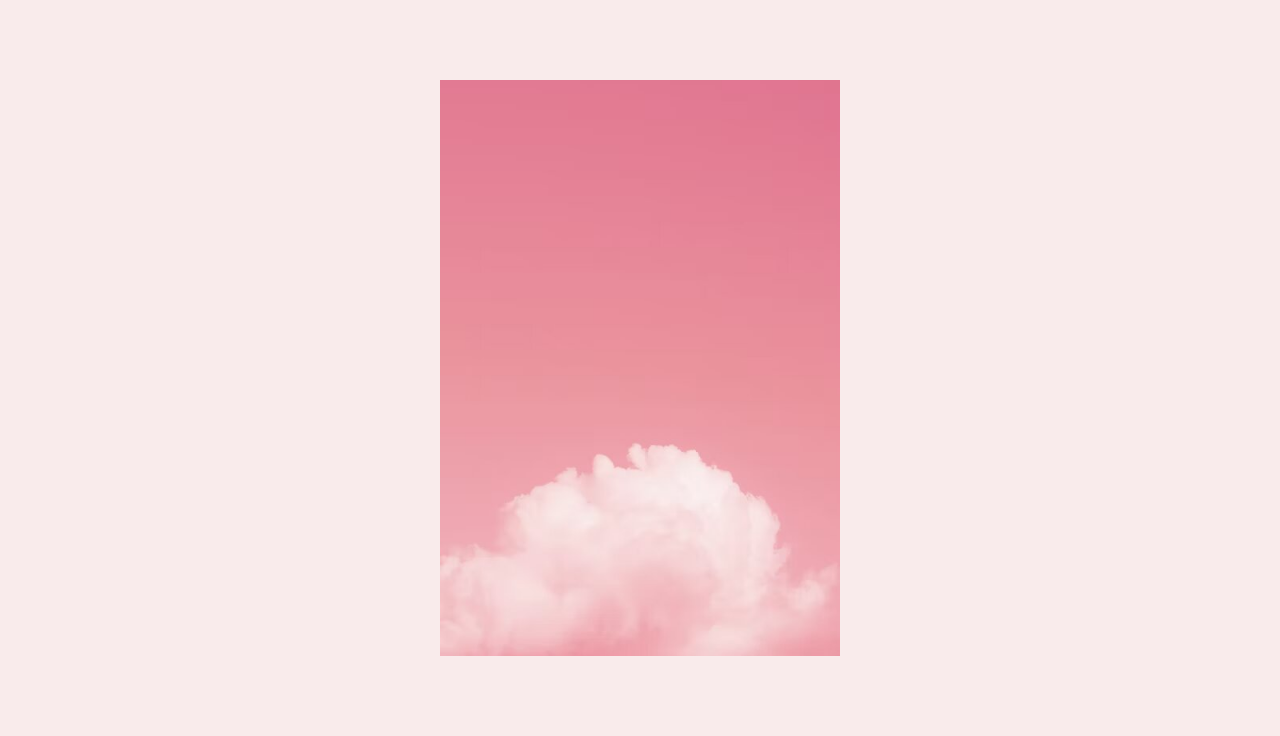
Repository: asya-aisa/grocery-list
Page: /
These files come from the project's save history. The page is drawn as it stood at one moment and after a run of saves; the edit follows.
The browser window is 1280 px wide. The pictures show the whole page.
The project was rebuilt for these pictures with package versions that can differ from the ones it lists, and the page was loaded fresh each time.

Above is the page before, as saved 2023-07-14 14:52:39.

### src/App.css
.App {
  background-image: url(fon-img.jpg);
  background-position: center;
  background-size: cover;
  background-repeat: no-repeat;
  width: 400px;
  min-height: 80vh;
  margin: 80px auto;
}
body {
  background-color: #f9ebeb;
}

Loaded but not shown: public/index.html (common file); src/index.js (common file); src/App.js (common file); src/reportWebVitals.js (common file)

After the next 3 saves:
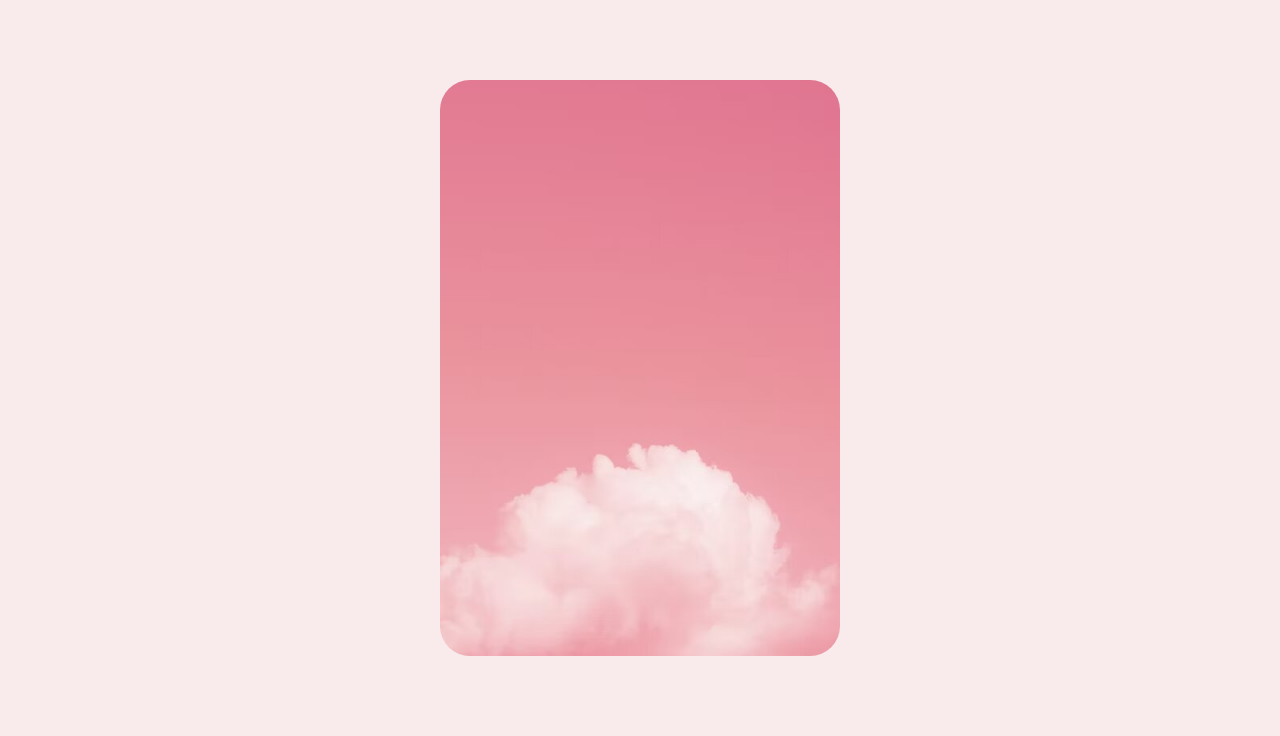
The 3 saves are shown as one change because they came seconds apart.
The last was saved 87 s later.
--- a/src/App.css
+++ b/src/App.css
@@ -6,6 +6,7 @@
   width: 400px;
   min-height: 80vh;
   margin: 80px auto;
+  border-radius: 30px;
 }
 body {
   background-color: #f9ebeb;
